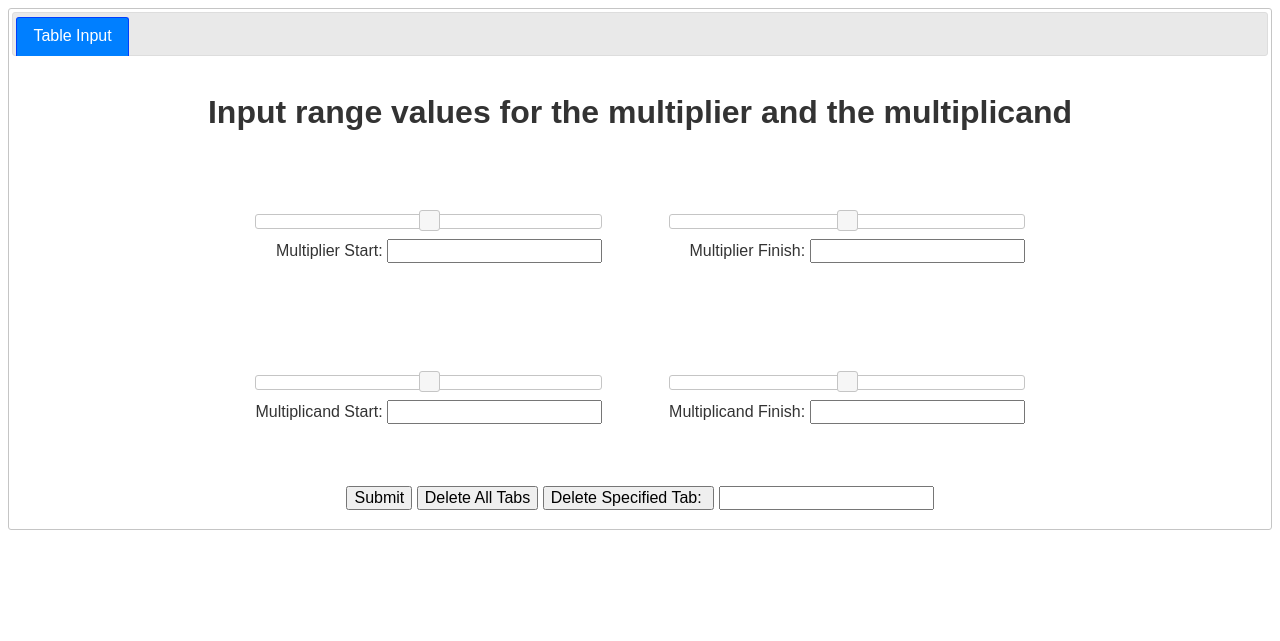
Repository: khrasna/HW4Part2
Page: index.html
The author's editor kept a copy of each file at every save. The page is drawn from the files as they stood at one save, then again after the next save.
The browser window is 1280 px wide. The pictures show the whole page.
Some web libraries are served in a nearby version.

Above is the page before, as saved 2021-11-15 20:36:22.

### index.html
<!-- HTML file for Assignment 3
By Karsten Hrasna  email Karsten_Hrasna@student.uml.edu-->
<!DOCTYPE html>
<html>

<head>
    <title>Multiplication Table</title>
    <link rel="stylesheet" href="style.css">
    <script type="text/javascript" src="https://ajax.googleapis.com/ajax/libs/jquery/3.5.1/jquery.min.js"></script>
    <script type="text/javascript" src="dist/jquery.validate.min.js"></script>
    <script type="text/javascript" src="formvalidate.js"></script>
    <script type="text/javascript"
        src="https://ajax.googleapis.com/ajax/libs/jqueryui/1.11.4/jquery-ui.min.js"></script>
    <link rel="stylesheet" href="https://ajax.googleapis.com/ajax/libs/jqueryui/1.11.4/themes/smoothness/jquery-ui.css">
</head>

<body>

    <div id="tabs">
        <ul>
            <li><a href='#tab1'>Table Input</a></li>
        </ul>
        <div id="tab1">
            <h1>Input range values for the multiplier and the multiplicand</h1>
            <!-- Learned from W3schools. Creates a form which takes number ranges for multiplier and multiplicand. -->
            <form id="FormInput" action="javascript:void(0);" method="get">
                <!--Learned about javascript:void(0) from Dutchie432 at https://stackoverflow.com/questions/1818249/form-with-no-action-and-where-enter-does-not-reload-page-->
                <table>
                    <tr>

                        <td class="pad">
                            <div id="slider-1"></div>
                            Multiplier Start: <input input="text" name="MultiplierStart">
                        </td>

                        <td>
                            <div id="slider-2"></div>
                            Multiplier Finish: <input type="text" name="MultiplierFinish">
                        </td>
                    </tr>
                    <tr>
                        <td class="pad">
                            <div id="slider-3"></div>
                            Multiplicand Start: <input type="text" name="MultiplicandStart">
                        </td>

                        <td>
                            <div id="slider-4"></div>
                            Multiplicand Finish: <input type="text" name="MultiplicandFinish">
                        </td>
                    </tr>
                </table>
                <input type="submit" value="Submit">
                <input type="button" name="clear" value="Delete All Tabs">
                <input type="button" name="clearx" value="Delete Specified Tab: ">
                <input type="text" name="clearinput">
                <!--goes directly under form and processes the input to create a mult table-->
            </form>
        </div>
    </div>


</body>

</html>

### style.css
/*Created by Karsten Hrasna. email: Karsten_Hrasna@student.uml.edu*/
html,
body {
    height: 97%;
    text-align: center;
}

#slider-1,
#slider-2,
#slider-3,
#slider-4 {
    margin-bottom: 10px;
    margin-top: 10px;
}

div#tab1 {
    display: grid;
    grid-template-columns: 100%;
    /* top row of grid holds the form for input, the rest of page holds the multiplication table*/
    grid-template-rows: auto;
    height: 97%;

}

#multTable {
    margin: auto;
    border-collapse: separate;
    border-spacing: 0;
    /*the dynamically sized multiplication table */
    margin-top: 0px;
    border-bottom: 0px;

}

input[type=submit] {
    /* submit button under form spaced here */
    margin-top: 10px;
    margin-bottom: 0px;
}

#multTable td,
th {
    border: solid;
    border-color: black;
    min-width: 70px;
    font-size: 30px;
    height: 70px;
}


#multTable th {
    position: sticky;
    top: 0px;
    border-right: solid;
    border-right-color: white;
    border-bottom: solid;
    border-bottom-color: white;
    background-color: black;
    color: white;

}

#multTable th:first-child {
    position: sticky;
    top: 70px;
    left: 0;
}


.sticky {
    position: fixed;
    top: 0px;
    /* get the headers to stay fixed on mult table */
    width: 100%;
}

#multTable tr:first-child th:first-child {
    border: none;
    background-color: white;
}

#multTable p.inputError {
    margin: 0px;
}

form {
    margin-bottom: 0px;
}

table {
    margin-left: auto;
    margin-right: auto;
}

form td {
    text-align: right;
    justify-content: right;
    padding: 50px;
    /*line up the input form textboxes*/
}

form p {
    margin: 0px;
}

td.pad {
    padding-right: 15px;
}

### formvalidate.js
var tabs;

$(function () {
    $("#tabs").tabs();

    $("#slider-1").slider({
        min: -50,                       //initialize the four sliders to set the values of their respective input boxes
        max: 50,
        slide: function (event, ui) {
            $('input[name="MultiplierStart"]').val(ui.value);
        }
    });
    $("#slider-2").slider({
        min: -50,
        max: 50,
        slide: function (event, ui) {
            $('input[name="MultiplierFinish"]').val(ui.value);
        }
    });
    $("#slider-3").slider({
        min: -50,
        max: 50,
        slide: function (event, ui) {
            $('input[name="MultiplicandStart"]').val(ui.value);
        }
    });
    $("#slider-4").slider({
        min: -50,
        max: 50,
        slide: function (event, ui) {
            $('input[name="MultiplicandFinish"]').val(ui.value);
        }
    });

    $('input[name="MultiplierStart"]').on('keyup', function () { //if the input boxes values are changed, set the slider to that value
        $("#slider-1").slider("option", "value", $('input[name="MultiplierStart"]').val());
    });

    $('input[name="MultiplierFinish"]').on('keyup', function () {
        $("#slider-2").slider("option", "value", $('input[name="MultiplierFinish"]').val());
    });

    $('input[name="MultiplicandStart"]').on('keyup', function () {
        $("#slider-3").slider("option", "value", $('input[name="MultiplicandStart"]').val());
    });

    $('input[name="MultiplicandFinish"]').on('keyup', function () {
        $("#slider-4").slider("option", "value", $('input[name="MultiplicandFinish"]').val());
    });


    $.validator.addMethod("less", function (value, element, params) {
        if (params[0].value == "") {
            return true; // dont want it to say that the start has to be greater than finish if no finish given. instead it will say to give finish value in other error
        } else {
            return this.optional(element) || +value <= +params[0].value;

        } //checks to make sure that the starts are less than the finishes, learned from
    });                                                           // https://jqueryvalidation.org/jQuery.validator.addMethod/

    $('input[value="Submit"]').on("click", function () {

        $("#FormInput").validate({
            onkeyup: false,     //this makes it so the validator doesnt update the error messages whenever new input is typed. only validates when submit is hit.
            onfocusout: false,  //learned about onkeyup, and onfocusout at https://www.sitepoint.com/jquery-validation-validate-form-submit/
            rules: {
                MultiplierStart: {
                    range: [-50, 50],
                    less: $('input[name="MultiplierFinish"]'),
                    required: true

                },
                MultiplierFinish: {
                    required: true,
                    range: [-50, 50]
                },

                MultiplicandStart: {
                    range: [-50, 50],
                    less: $('input[name="MultiplicandFinish"]'),
                    required: true
                },

                MultiplicandFinish: {
                    range: [-50, 50],
                    required: true
                }
            },

            messages: {
                MultiplierStart: {
                    required: "Multiplier Start must be a digit between -50 and 50",
                    range: "The range of Multiplier Start must stay within -50 and 50 and only contain numerical digits",
                    less: "The value of Multiplier Start must be less than or equal to Multiplier Finish."
                },

                MultiplierFinish: {
                    required: "Multiplier Finish must be a digit between -50 and 50",
                    range: "The range of Multiplier Finish must stay within -50 and 50 and only contain numerical digits",
                },

                MultiplicandStart: {
                    required: "Multiplicand Start must be a digit between -50 and 50",
                    range: "The range of Multiplicand Start must stay within -50 and 50 and only contain numerical digits",
                    less: "The value of Multiplicand Start must be less than or equal to Multiplicand Finish."
                },

                MultiplicandFinish: {
                    required: "Multiplicand Finish must be a digit between -50 and 50",
                    range: "The range of Multiplicand Finish must stay within -50 and 50 and only contain numerical digits",
                }
            },

            errorPlacement: function (error, element) {
                $(error).appendTo($(('#FormInput')));
            },
            errorElement: "p"

        });

        if ($("#FormInput").valid()) {
            process();
        }

    });

    $('input[name="clear"]').on("click", function () {
        for (var i = 2; i <= tabs; i++) {
            $("#tab" + i).remove();
            $("#tabs").find("li:not(:first)").remove();
            $("#tabs").tabs('refresh');
        }
    });

});

function process() {
    var multStart = $('input[name="MultiplierStart"]').val();
    var multFinish = $('input[name="MultiplierFinish"]').val();
    var multiplicandStart = $('input[name="MultiplicandStart"]').val();
    var multiplicandFinish = $('input[name="MultiplicandFinish"]').val();

     //clear old table and create a table with size based on input given
    const rowVals = [];
    const colVals = []; //these will hold the values of the multiplier and multiplicand
    var rows = multFinish - multStart;
    var cols = multiplicandFinish - multiplicandStart;
    tabs = $("#tabs ul li").length + 1; //number of tabs, learned from https://stackoverflow.com/questions/14702631/in-jquery-ui-1-9-how-do-you-create-new-tabs-dynamically
    for (var i = 0; i <= cols; i++) {
        colVals[i] = (+multiplicandStart + +i); //save the values of the numbers being multiplied
    }
    for (var i = 0; i <= rows; i++) {
        rowVals[i] = (+multStart + +i);
    }
    var table = createTable(rows, cols, rowVals, colVals); //create table based on total rows and cols, and top and left are the sets of multipliers and multiplicands
    table.id = "multTable";
    //adds list item to tab list with parameters as title
    $("#tabs ul").append("<li><a href='#tab" + tabs + "'>" + multStart + " " + multFinish + " " + multiplicandStart + " " + multiplicandFinish + "</a></li>");
    $("#tabs").append("<div id='tab" + tabs + "'></div>"); //also learned from https://stackoverflow.com/questions/14702631/in-jquery-ui-1-9-how-do-you-create-new-tabs-dynamically
    $("#tab" + tabs).append(table); //adds the table to a new tab
    $("#tabs").tabs("refresh");

}

function createTable(rows, cols, rowVals, colVals) {
    var t = document.createElement('table');
    for (var x = 0; x <= rows + 1; x++) { // rows and cols + 1 to indicate ranges of numbers
        var r = document.createElement('tr');
        t.appendChild(r);
        for (var y = 0; y <= cols + 1; y++) {   //creates the cols of the table row by row
            if (y == 0) {
                var c = document.createElement('th'); //create and insert element based on position in table
                c.id = "topHeader";
                if (x != 0) {
                    c.innerHTML = rowVals[x - 1]; // - 1 because it is moved over 1 to the right
                }
            } else if (x == 0) {
                var c = document.createElement('th');
                if (y != 0) {
                    c.innerHTML = colVals[y - 1];
                }
            } else {
                var c = document.createElement('td');
                c.innerHTML = rowVals[x - 1] * colVals[y - 1];
                if (((y % 2) + (x % 2)) == 0 || ((y % 2) + (x % 2)) == 2) { // checker board effect
                    c.style.backgroundColor = "gray";
                }
            }
            r.appendChild(c);
        }
    }
    return t;
}

Loaded but not shown: dist/jquery.validate.min.js (library)

After the next save:
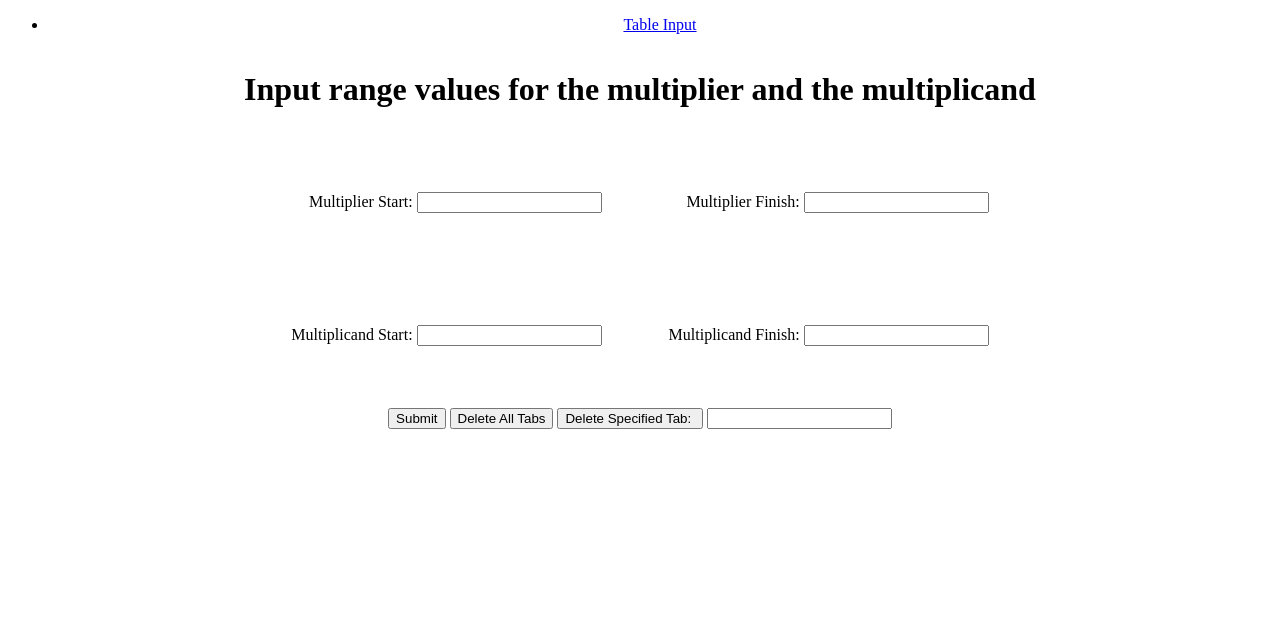
Console error: SyntaxError: Unexpected identifier 'messages'
Saved 3 days later.
--- a/formvalidate.js
+++ b/formvalidate.js
@@ -130,6 +130,20 @@
             $("#tabs").find("li:not(:first)").remove();
             $("#tabs").tabs('refresh');
         }
+    });
+
+    $('input[name="clearx"]').on("click", function () {
+        $("#FormInput").validate({
+            onkeyup: false,     //this makes it so the validator doesnt update the error messages whenever new input is typed. only validates when submit is hit.
+            onfocusout: false,  //learned about onkeyup, and onfocusout at https://www.sitepoint.com/jquery-validation-validate-form-submit/
+            rules: {
+
+            }
+
+
+            messages: {
+
+            }
     });
 
 });

After the 6 saves that followed:
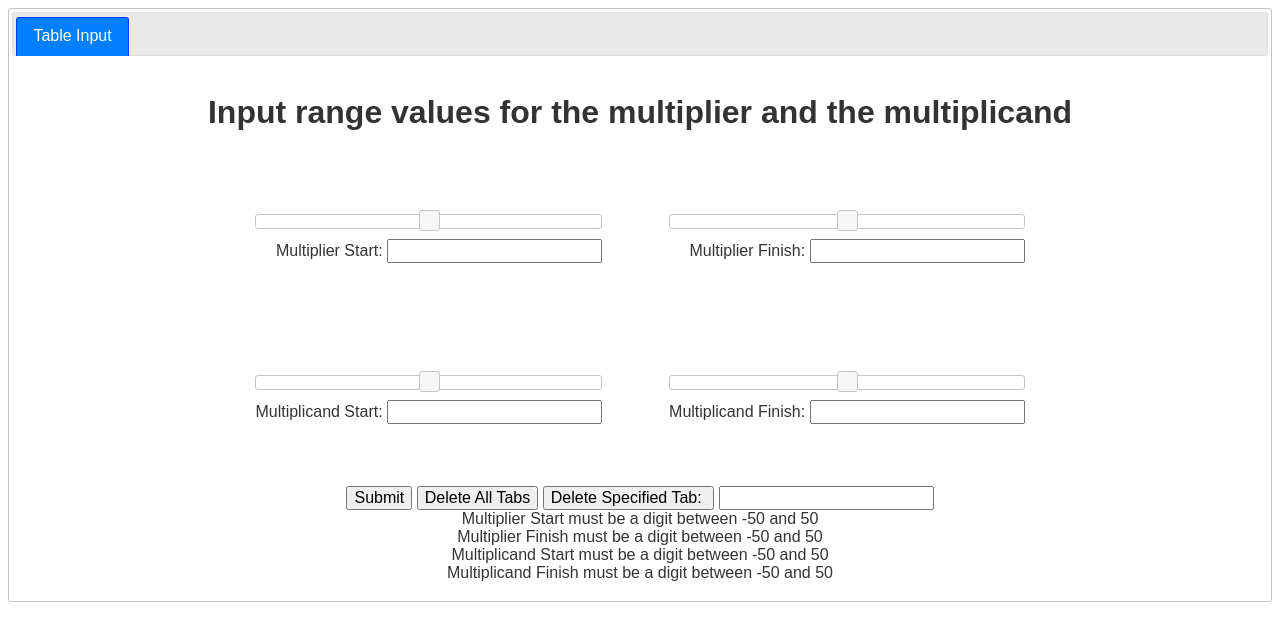
The error is gone.
The 6 saves are shown as one change because 5 left the picture as it was.
The last was saved 6 min 5 s later.
--- a/formvalidate.js
+++ b/formvalidate.js
@@ -58,30 +58,34 @@
         } //checks to make sure that the starts are less than the finishes, learned from
     });                                                           // https://jqueryvalidation.org/jQuery.validator.addMethod/
 
-    $('input[value="Submit"]').on("click", function () {
+
 
         $("#FormInput").validate({
             onkeyup: false,     //this makes it so the validator doesnt update the error messages whenever new input is typed. only validates when submit is hit.
             onfocusout: false,  //learned about onkeyup, and onfocusout at https://www.sitepoint.com/jquery-validation-validate-form-submit/
             rules: {
                 MultiplierStart: {
+                    digit: true,
                     range: [-50, 50],
                     less: $('input[name="MultiplierFinish"]'),
                     required: true
 
                 },
                 MultiplierFinish: {
+                    digit: true,
                     required: true,
                     range: [-50, 50]
                 },
 
                 MultiplicandStart: {
+                    digit: true,
                     range: [-50, 50],
                     less: $('input[name="MultiplicandFinish"]'),
                     required: true
                 },
 
                 MultiplicandFinish: {
+                    digit: true,
                     range: [-50, 50],
                     required: true
                 }
@@ -90,23 +94,27 @@
             messages: {
                 MultiplierStart: {
                     required: "Multiplier Start must be a digit between -50 and 50",
+                    digit: "Multiplier Start must consist of only integers",
                     range: "The range of Multiplier Start must stay within -50 and 50 and only contain numerical digits",
                     less: "The value of Multiplier Start must be less than or equal to Multiplier Finish."
                 },
 
                 MultiplierFinish: {
                     required: "Multiplier Finish must be a digit between -50 and 50",
+                    digit: "Multiplier finish must consist of only integers",
                     range: "The range of Multiplier Finish must stay within -50 and 50 and only contain numerical digits",
                 },
 
                 MultiplicandStart: {
                     required: "Multiplicand Start must be a digit between -50 and 50",
+                    digit: "Multiplicand Start must consist of only integers",
                     range: "The range of Multiplicand Start must stay within -50 and 50 and only contain numerical digits",
                     less: "The value of Multiplicand Start must be less than or equal to Multiplicand Finish."
                 },
 
                 MultiplicandFinish: {
                     required: "Multiplicand Finish must be a digit between -50 and 50",
+                    digit: "Multiplicand Finish must consist of only integers",
                     range: "The range of Multiplicand Finish must stay within -50 and 50 and only contain numerical digits",
                 }
             },
@@ -133,18 +141,6 @@
     });
 
     $('input[name="clearx"]').on("click", function () {
-        $("#FormInput").validate({
-            onkeyup: false,     //this makes it so the validator doesnt update the error messages whenever new input is typed. only validates when submit is hit.
-            onfocusout: false,  //learned about onkeyup, and onfocusout at https://www.sitepoint.com/jquery-validation-validate-form-submit/
-            rules: {
-
-            }
-
-
-            messages: {
-
-            }
-    });
 
 });
 
